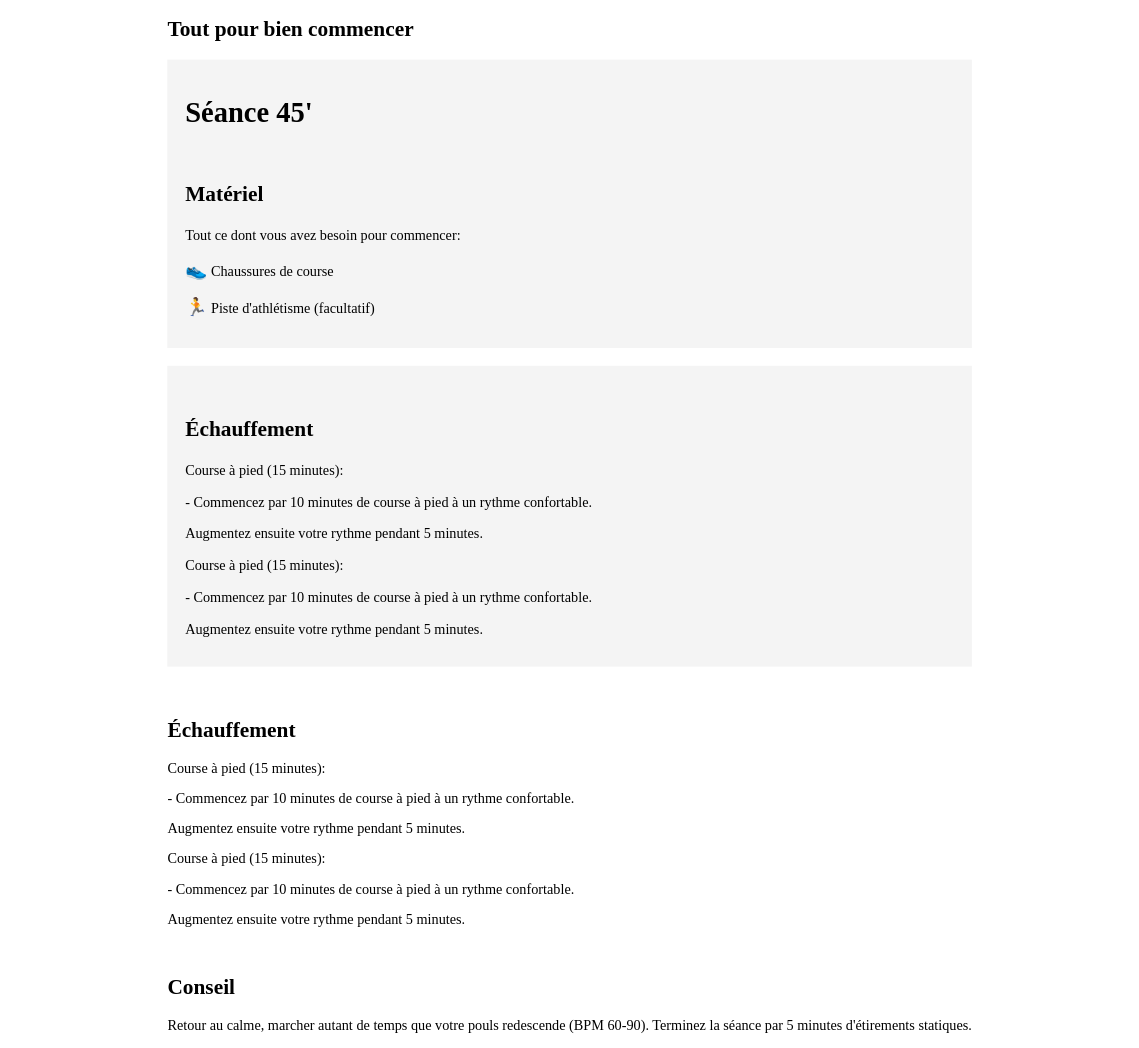
Repository: AdilGHAZAL/MosaiqueWebdoc
Page: /
These files come from the project's save history. The page is drawn as it stood at one moment and after the next save; the edit follows.
The browser window is 1280 px wide. The pictures show the whole page, at 89% of full size.
Some web fonts or font styles are not loaded; a fallback is used. The project was rebuilt for these pictures with package versions that can differ from the ones it lists, and the page was loaded fresh each time. Also part of the build but not shown: vite.config.js, src/App.css, src/components/Navbar.css, src/components/Navbar.jsx, src/components/Athletes.css, src/components/Athletes.jsx, src/components/Athletes2.jsx, src/components/Athletes3.jsx and 18 more.

Above is the page before, as saved 2024-05-02 16:18:40.

After the next save:
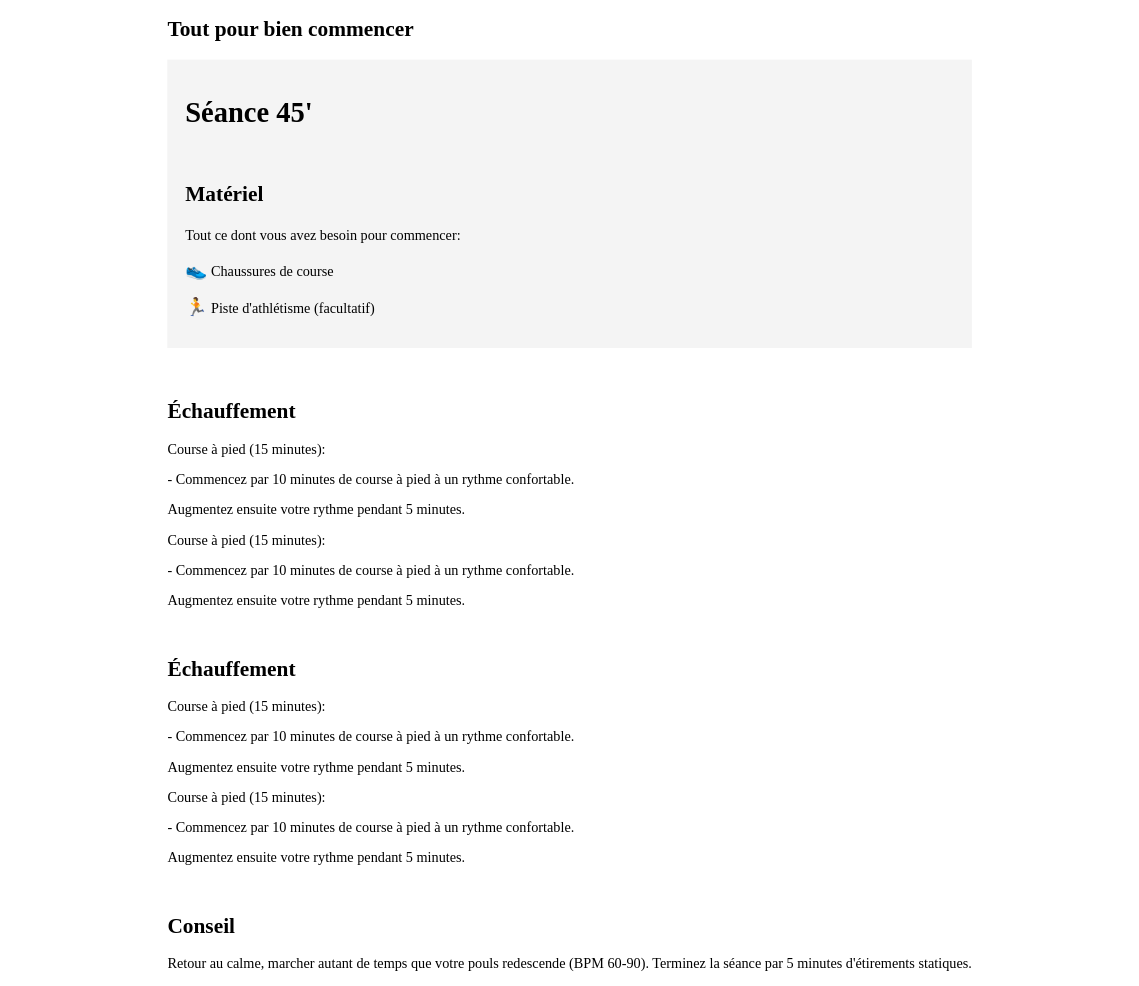
Saved 58 s later.
--- a/src/TrainingPage.jsx
+++ b/src/TrainingPage.jsx
@@ -18,7 +18,7 @@
         <p><span className="icon">&#127939;</span> Piste d'athlétisme (facultatif)</p>
       </div>
 
-      <div className="section warm-up">
+      <div className="sectionwarm-up">
         <img src="" alt="" />
         <h2>Échauffement</h2>
         <span>
